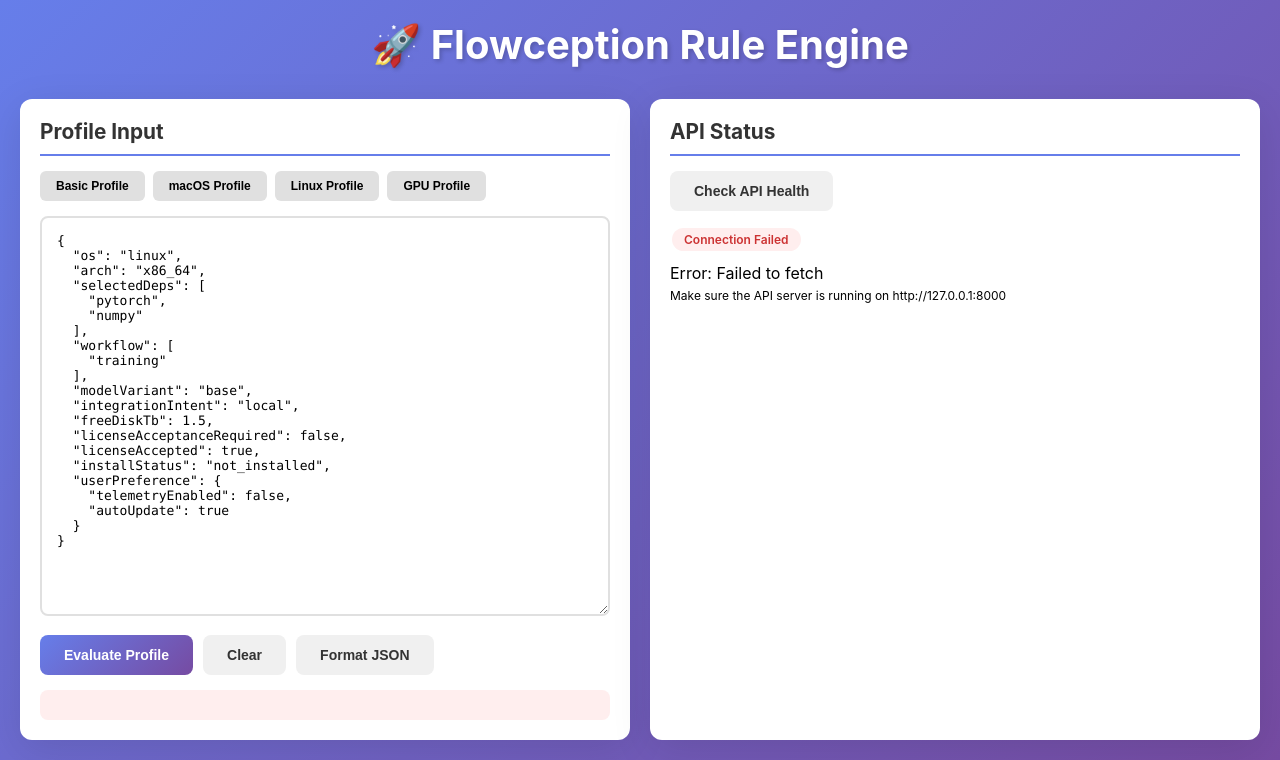
Repository: Smblent/flowception
Page: app_metadata/index.html
An editor plug-in stored every save of this project. The page is shown before and after the next save, followed by the edit.
The browser window is 1280 px wide. The pictures show the whole page.
The page's requests for data from a server got no answer.

Above is the page before, as saved 2026-05-16 04:54:59.

### app_metadata/index.html
<!DOCTYPE html>
<html lang="en">
<head>
    <meta charset="UTF-8">
    <meta name="viewport" content="width=device-width, initial-scale=1.0">
    <title>Flowception Rule Engine UI</title>
    <style>
        * {
            margin: 0;
            padding: 0;
            box-sizing: border-box;
        }

        body {
            font-family: -apple-system, BlinkMacSystemFont, 'Segoe UI', Roboto, Oxygen, Ubuntu, Cantarell, sans-serif;
            background: linear-gradient(135deg, #667eea 0%, #764ba2 100%);
            min-height: 100vh;
            padding: 20px;
        }

        .container {
            max-width: 1400px;
            margin: 0 auto;
        }

        h1 {
            color: white;
            text-align: center;
            margin-bottom: 30px;
            font-size: 2.5rem;
            text-shadow: 2px 2px 4px rgba(0,0,0,0.2);
        }

        .main-content {
            display: grid;
            grid-template-columns: 1fr 1fr;
            gap: 20px;
        }

        .panel {
            background: white;
            border-radius: 12px;
            padding: 20px;
            box-shadow: 0 10px 40px rgba(0,0,0,0.1);
        }

        .panel h2 {
            color: #333;
            margin-bottom: 15px;
            font-size: 1.3rem;
            border-bottom: 2px solid #667eea;
            padding-bottom: 10px;
        }

        textarea {
            width: 100%;
            height: 400px;
            padding: 15px;
            border: 2px solid #e0e0e0;
            border-radius: 8px;
            font-family: 'Monaco', 'Menlo', 'Ubuntu Mono', monospace;
            font-size: 13px;
            resize: vertical;
            transition: border-color 0.3s;
        }

        textarea:focus {
            outline: none;
            border-color: #667eea;
        }

        .button-group {
            display: flex;
            gap: 10px;
            margin-top: 15px;
        }

        button {
            padding: 12px 24px;
            border: none;
            border-radius: 8px;
            font-size: 14px;
            font-weight: 600;
            cursor: pointer;
            transition: all 0.3s;
        }

        .btn-primary {
            background: linear-gradient(135deg, #667eea 0%, #764ba2 100%);
            color: white;
        }

        .btn-primary:hover {
            transform: translateY(-2px);
            box-shadow: 0 5px 20px rgba(102, 126, 234, 0.4);
        }

        .btn-secondary {
            background: #f0f0f0;
            color: #333;
        }

        .btn-secondary:hover {
            background: #e0e0e0;
        }

        .results-section {
            grid-column: 1 / -1;
            margin-top: 20px;
        }

        .results-grid {
            display: grid;
            grid-template-columns: repeat(auto-fit, minmax(300px, 1fr));
            gap: 20px;
        }

        .result-card {
            background: white;
            border-radius: 12px;
            padding: 20px;
            box-shadow: 0 5px 20px rgba(0,0,0,0.1);
        }

        .result-card h3 {
            color: #333;
            margin-bottom: 15px;
            font-size: 1.1rem;
            display: flex;
            align-items: center;
            gap: 10px;
        }

        .result-card h3::before {
            content: '';
            width: 4px;
            height: 20px;
            background: #667eea;
            border-radius: 2px;
        }

        .result-content {
            max-height: 300px;
            overflow-y: auto;
        }

        .result-content pre {
            background: #f8f9fa;
            padding: 15px;
            border-radius: 8px;
            overflow-x: auto;
            font-size: 12px;
            line-height: 1.5;
        }

        .badge {
            display: inline-block;
            padding: 4px 12px;
            border-radius: 20px;
            font-size: 12px;
            font-weight: 600;
            margin: 2px;
        }

        .badge-error {
            background: #fee;
            color: #c33;
        }

        .badge-warning {
            background: #fef3cd;
            color: #856404;
        }

        .badge-success {
            background: #d4edda;
            color: #155724;
        }

        .badge-info {
            background: #d1ecf1;
            color: #0c5460;
        }

        .loading {
            text-align: center;
            padding: 40px;
            color: #666;
        }

        .spinner {
            border: 3px solid #f3f3f3;
            border-top: 3px solid #667eea;
            border-radius: 50%;
            width: 40px;
            height: 40px;
            animation: spin 1s linear infinite;
            margin: 0 auto 15px;
        }

        @keyframes spin {
            0% { transform: rotate(0deg); }
            100% { transform: rotate(360deg); }
        }

        .error-message {
            background: #fee;
            color: #c33;
            padding: 15px;
            border-radius: 8px;
            margin-top: 15px;
        }

        .template-buttons {
            display: flex;
            flex-wrap: wrap;
            gap: 8px;
            margin-bottom: 15px;
        }

        .template-btn {
            padding: 8px 16px;
            background: #e0e0e0;
            border: none;
            border-radius: 6px;
            font-size: 12px;
            cursor: pointer;
            transition: background 0.3s;
        }

        .template-btn:hover {
            background: #d0d0d0;
        }

        @media (max-width: 768px) {
            .main-content {
                grid-template-columns: 1fr;
            }

            h1 {
                font-size: 1.8rem;
            }
        }
    </style>
</head>
<body>
    <div class="container">
        <h1>🚀 Flowception Rule Engine</h1>

        <div class="main-content">
            <div class="panel">
                <h2>Profile Input</h2>
                <div class="template-buttons">
                    <button class="template-btn" onclick="loadTemplate('basic')">Basic Profile</button>
                    <button class="template-btn" onclick="loadTemplate('macos')">macOS Profile</button>
                    <button class="template-btn" onclick="loadTemplate('linux')">Linux Profile</button>
                    <button class="template-btn" onclick="loadTemplate('gpu')">GPU Profile</button>
                </div>
                <textarea id="profileInput" placeholder="Enter your JSON profile here..."></textarea>
                <div class="button-group">
                    <button class="btn-primary" onclick="evaluateProfile()">Evaluate Profile</button>
                    <button class="btn-secondary" onclick="clearInput()">Clear</button>
                    <button class="btn-secondary" onclick="formatJSON()">Format JSON</button>
                </div>
                <div id="error" class="error-message hidden"></div>
            </div>

            <div class="panel">
                <h2>API Status</h2>
                <div id="apiStatus">
                    <button class="btn-secondary" onclick="checkHealth()">Check API Health</button>
                </div>
                <div id="healthResult" style="margin-top: 15px;"></div>
            </div>
        </div>

        <div class="results-section panel" id="resultsSection" style="display: none;">
            <h2>Evaluation Results</h2>
            <div id="loading" class="loading" style="display: none;">
                <div class="spinner"></div>
                <p>Evaluating profile...</p>
            </div>
            <div class="results-grid" id="resultsGrid"></div>
        </div>
    </div>

    <script>
        const API_BASE = 'http://127.0.0.1:8000';

        const templates = {
            basic: {
                os: "linux",
                arch: "x86_64",
                selectedDeps: ["pytorch", "numpy"],
                workflow: ["training"],
                modelVariant: "base",
                integrationIntent: "local",
                freeDiskTb: 1.5,
                licenseAcceptanceRequired: false,
                licenseAccepted: true,
                installStatus: "not_installed",
                userPreference: {
                    telemetryEnabled: false,
                    autoUpdate: true
                }
            },
            macos: {
                os: "darwin",
                arch: "arm64",
                selectedDeps: ["pytorch", "numpy", "tensorflow"],
                workflow: ["inference"],
                modelVariant: "large",
                integrationIntent: "cloud",
                freeDiskTb: 2.0,
                licenseAcceptanceRequired: true,
                licenseAccepted: true,
                installStatus: "not_installed",
                userPreference: {
                    telemetryEnabled: true,
                    autoUpdate: false
                }
            },
            linux: {
                os: "linux",
                arch: "x86_64",
                selectedDeps: ["pytorch", "cuda"],
                workflow: ["training", "fine_tuning"],
                modelVariant: "large",
                integrationIntent: "local",
                freeDiskTb: 3.0,
                licenseAcceptanceRequired: false,
                licenseAccepted: true,
                installStatus: "not_installed",
                userPreference: {
                    telemetryEnabled: false,
                    autoUpdate: true
                }
            },
            gpu: {
                os: "linux",
                arch: "x86_64",
                selectedDeps: ["pytorch", "cuda", "nccl"],
                workflow: ["training", "distributed"],
                modelVariant: "xl",
                integrationIntent: "local",
                freeDiskTb: 5.0,
                licenseAcceptanceRequired: true,
                licenseAccepted: true,
                installStatus: "not_installed",
                hardwareProfile: "gpu_cluster",
                userPreference: {
                    telemetryEnabled: true,
                    autoUpdate: false,
                    maxMemoryGb: 64
                }
            }
        };

        function loadTemplate(name) {
            document.getElementById('profileInput').value = JSON.stringify(templates[name], null, 2);
        }

        function clearInput() {
            document.getElementById('profileInput').value = '';
            document.getElementById('error').style.display = 'none';
        }

        function formatJSON() {
            const input = document.getElementById('profileInput').value;
            try {
                const parsed = JSON.parse(input);
                document.getElementById('profileInput').value = JSON.stringify(parsed, null, 2);
            } catch (e) {
                showError('Invalid JSON: ' + e.message);
            }
        }

        function showError(message) {
            const errorDiv = document.getElementById('error');
            errorDiv.textContent = message;
            errorDiv.style.display = 'block';
        }

        function hideError() {
            document.getElementById('error').style.display = 'none';
        }

        async function checkHealth() {
            const resultDiv = document.getElementById('healthResult');
            resultDiv.innerHTML = '<p>Checking...</p>';

            try {
                const response = await fetch(`${API_BASE}/health`);
                const data = await response.json();

                if (response.ok) {
                    resultDiv.innerHTML = `
                        <div class="badge badge-success">API Healthy</div>
                        <p style="margin-top: 10px;">Status: ${data.status}</p>
                    `;
                } else {
                    resultDiv.innerHTML = `
                        <div class="badge badge-error">API Error</div>
                        <p style="margin-top: 10px;">Status: ${response.status}</p>
                    `;
                }
            } catch (e) {
                resultDiv.innerHTML = `
                    <div class="badge badge-error">Connection Failed</div>
                    <p style="margin-top: 10px;">Error: ${e.message}</p>
                    <p style="margin-top: 5px; font-size: 12px;">Make sure the API server is running on ${API_BASE}</p>
                `;
            }
        }

        async function evaluateProfile() {
            hideError();
            const input = document.getElementById('profileInput').value;

            if (!input.trim()) {
                showError('Please enter a JSON profile');
                return;
            }

            let profile;
            try {
                profile = JSON.parse(input);
            } catch (e) {
                showError('Invalid JSON: ' + e.message);
                return;
            }

            const resultsSection = document.getElementById('resultsSection');
            const loading = document.getElementById('loading');
            const resultsGrid = document.getElementById('resultsGrid');

            resultsSection.style.display = 'block';
            loading.style.display = 'block';
            resultsGrid.innerHTML = '';

            try {
                const response = await fetch(`${API_BASE}/evaluate`, {
                    method: 'POST',
                    headers: {
                        'Content-Type': 'application/json'
                    },
                    body: JSON.stringify(profile)
                });

                const data = await response.json();

                loading.style.display = 'none';

                if (!response.ok) {
                    showError('API Error: ' + (data.error || 'Unknown error'));
                    return;
                }

                displayResults(data);
            } catch (e) {
                loading.style.display = 'none';
                showError('Request failed: ' + e.message);
            }
        }

        function displayResults(data) {
            const resultsGrid = document.getElementById('resultsGrid');

            const sections = [
                { key: 'triggered_rules', title: 'Triggered Rules', icon: '⚡' },
                { key: 'blocked_rules', title: 'Blocked Rules', icon: '🚫' },
                { key: 'warnings', title: 'Warnings', icon: '⚠️' },
                { key: 'auto_fixes', title: 'Auto Fixes', icon: '🔧' },
                { key: 'workflow_recommendations', title: 'Workflow Recommendations', icon: '📋' },
                { key: 'dependency_plan', title: 'Dependency Plan', icon: '📦' },
                { key: 'source_plan', title: 'Source Plan', icon: '🔍' }
            ];

            sections.forEach(section => {
                const value = data[section.key];
                const card = document.createElement('div');
                card.className = 'result-card';

                let content = '';
                if (Array.isArray(value) && value.length === 0) {
                    content = '<p style="color: #999; font-style: italic;">None</p>';
                } else if (typeof value === 'object' && Object.keys(value).length === 0) {
                    content = '<p style="color: #999; font-style: italic;">None</p>';
                } else {
                    content = `<pre>${JSON.stringify(value, null, 2)}</pre>`;
                }

                card.innerHTML = `
                    <h3>${section.icon} ${section.title}</h3>
                    <div class="result-content">${content}</div>
                `;

                resultsGrid.appendChild(card);
            });
        }

        // Check health on load
        window.onload = function() {
            checkHealth();
            loadTemplate('basic');
        };
    </script>
</body>
</html>

After the next save:
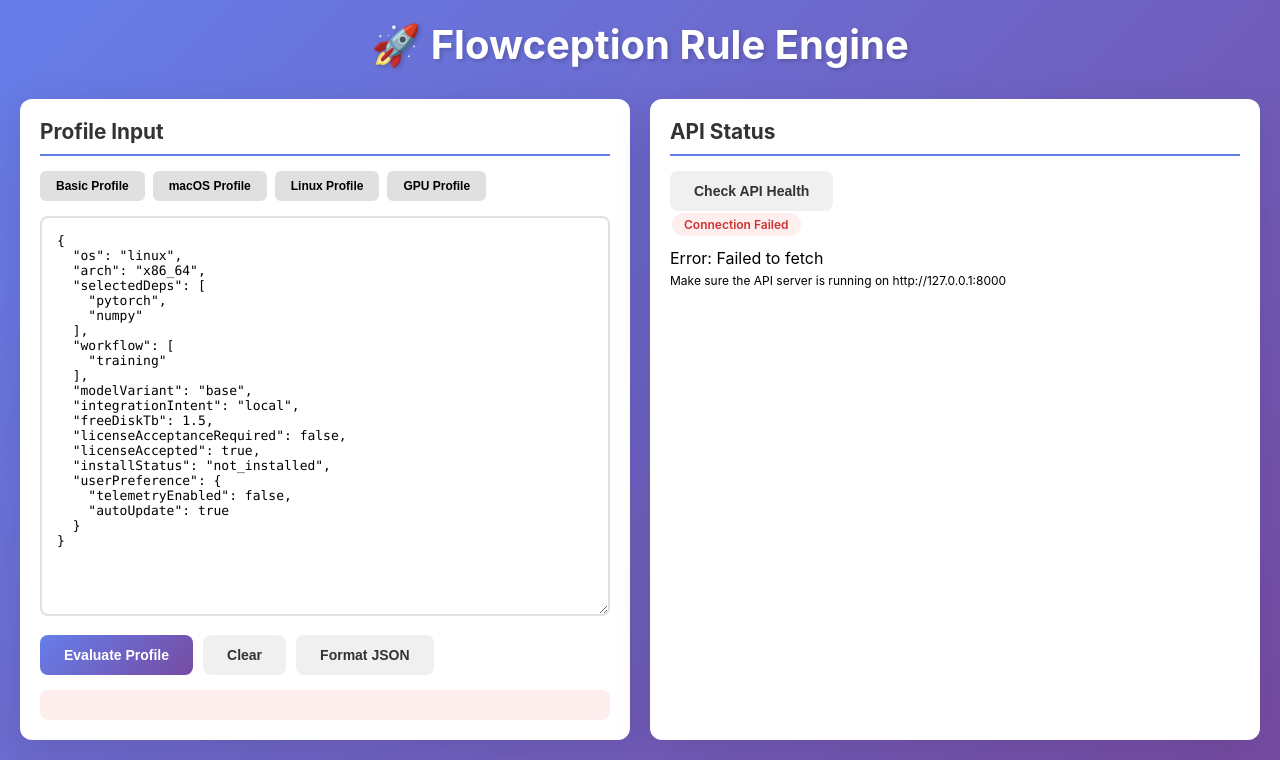
Saved 60 s later.
--- a/app_metadata/index.html
+++ b/app_metadata/index.html
@@ -270,7 +270,7 @@
                 <div id="apiStatus">
                     <button class="btn-secondary" onclick="checkHealth()">Check API Health</button>
                 </div>
-                <div id="healthResult" style="margin-top: 15px;"></div>
+                <div id="healthResult" class="health-result"></div>
             </div>
         </div>
 
